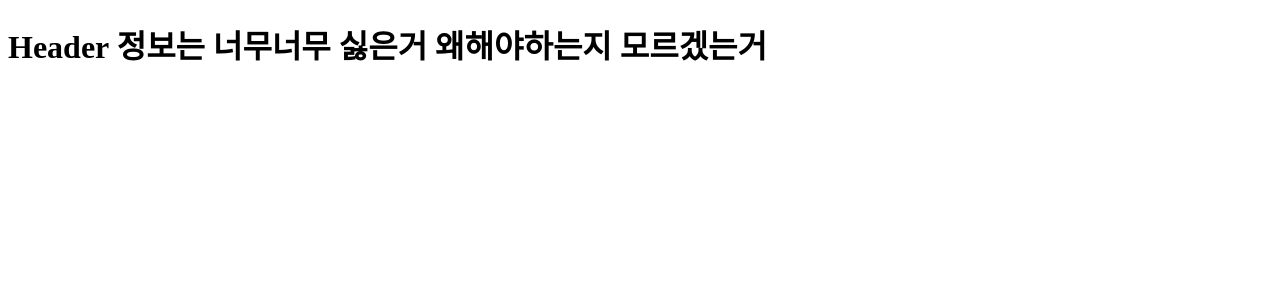
Repository: SouthSea0613/401_Unauthorized_java
Page: http://localhost/model1_1st/header.jsp
The author's editor kept a copy of each file at every save. The page is drawn from the files as they stood at one save, then again after the next save.
The browser window is 1280 px wide. The pictures show the whole page.
The page is served by Tomcat 9. Other server files are loaded and not shown.

Above is the page before, as saved 2024-12-02 05:14:33.

### model1_1st/src/main/webapp/header.jsp
<%@ page language="java" contentType="text/html; charset=UTF-8"
    pageEncoding="UTF-8"%>
<!DOCTYPE html>
<html>
<head>
<meta charset="UTF-8">
<title>put your Head down</title>
</head>
<body>
	<h1>Header 정보는 너무너무 싫은거 왜해야하는지 모르겠는거</h1>
</body>
</html>

After the next save:
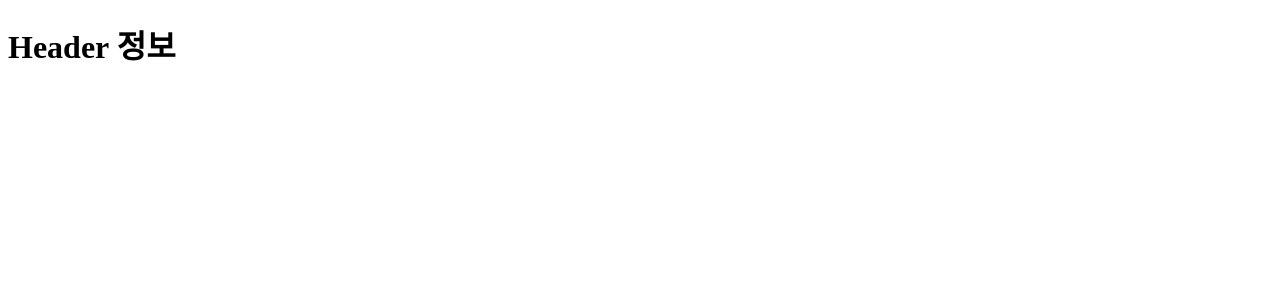
Saved 25 s later.
--- a/model1_1st/src/main/webapp/header.jsp
+++ b/model1_1st/src/main/webapp/header.jsp
@@ -7,6 +7,6 @@
 <title>put your Head down</title>
 </head>
 <body>
-	<h1>Header 정보는 너무너무 싫은거 왜해야하는지 모르겠는거</h1>
+	<h1>Header 정보</h1>
 </body>
 </html>
